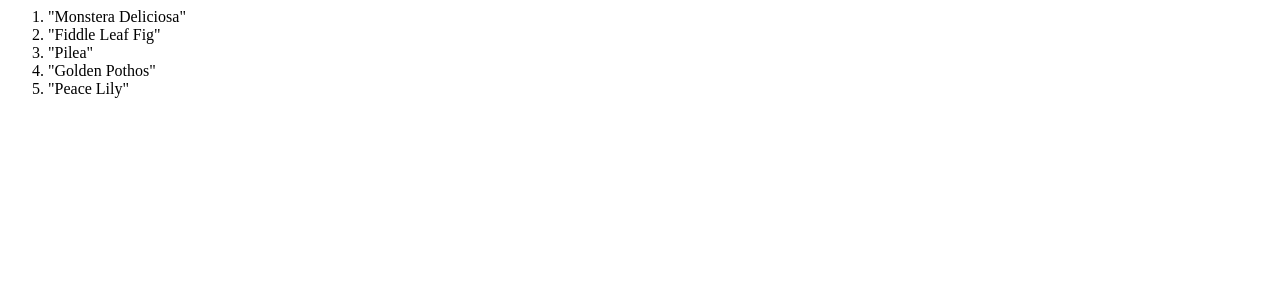
Repository: yusufmim/react-hooks-props-basics-lab
Page: my_list.html
An editor plug-in stored every save of this project. The page is shown before and after the next save, followed by the edit.
The browser window is 1280 px wide. The pictures show the whole page.

Above is the page before, as saved 2025-02-24 07:18:26.

### my_list.html

<ol>
    <li>"Monstera Deliciosa"</li>
    <li>"Fiddle Leaf Fig"</li>
    <li>"Pilea"</li>
    <li>"Golden Pothos"</li>
    <li>"Peace Lily"</li>
</ol>

After the next save:
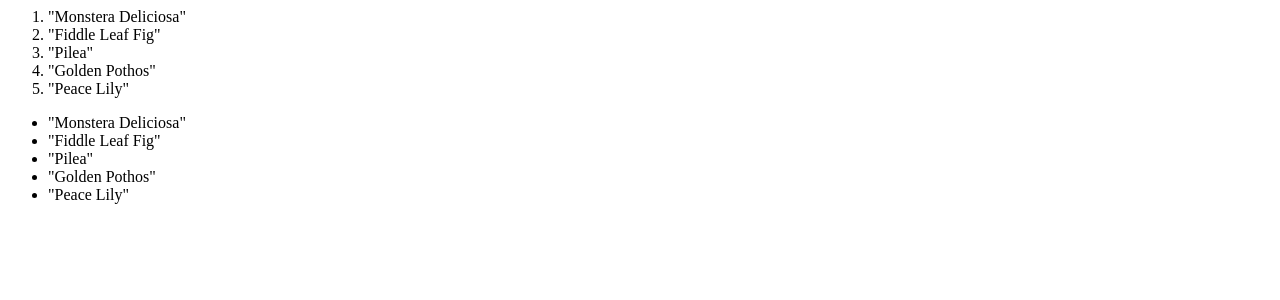
Saved 57 s later.
--- a/my_list.html
+++ b/my_list.html
@@ -6,3 +6,11 @@
     <li>"Golden Pothos"</li>
     <li>"Peace Lily"</li>
 </ol>
+
+<ul>
+    <li>"Monstera Deliciosa"</li>
+    <li>"Fiddle Leaf Fig"</li>
+    <li>"Pilea"</li>
+    <li>"Golden Pothos"</li>
+    <li>"Peace Lily"</li>
+</ul>
